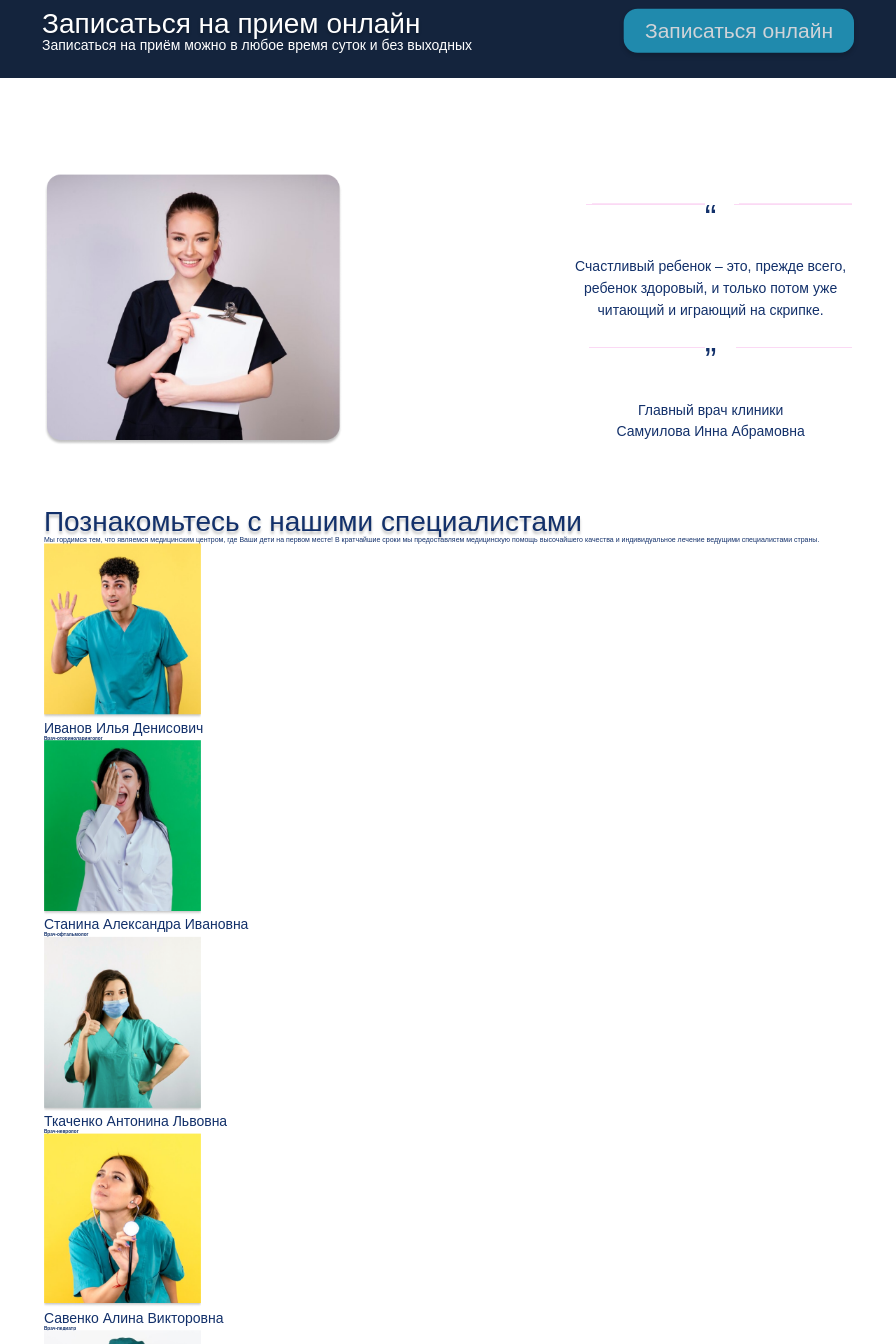
Repository: Normandy72/Landing-Page-Happy-Child
Page: index.html
The author's editor kept a copy of each file at every save. The page is drawn from the files as they stood at one save, then again after the next save.
The browser window is 1280 px wide. The pictures show the part of the page from y = 2688 to 4608 px (the page is 8064 px tall before and 8088 px after), at 70% of full size.
Some web fonts or font styles are not loaded; a fallback is used.

Above is the page before, as saved 2022-11-12 14:35:14.

### index.html
<!DOCTYPE html>
<html lang="en">
<head>
    <meta charset="UTF-8">
    <meta http-equiv="X-UA-Compatible" content="IE=edge">
    <meta name="viewport" content="width=device-width, initial-scale=1.0">
    <link href="https://fonts.googleapis.com/css2?family=Neucha&display=swap" rel="stylesheet">
    <link href="https://fonts.googleapis.com/css2?family=Coustard:wght@400;900&display=swap" rel="stylesheet">
    <link rel="icon" href="resources/icon/stethoscope.ico" sizes="16x16">
    <link rel="icon" href="resources/icon/stethoscope.ico" sizes="32x32">
    <link rel="icon" href="resources/icon/stethoscope.ico" sizes="64x64">
    <link rel="stylesheet" href="styles/main.css">
    <title>Happy Child</title>
</head>

<body>
    <header>
        <div class="wrapper layout-3-columns">
            <a href="#">
                <div class="header__logo"></div>
            </a>
            <nav class="header__navigation">
                <a class = "navigation__link" href="#">Главная</a>
                <a class = "navigation__link" href="#">Услуги</a>
                <a class = "navigation__link" href="#">Врачи</a>
                <a class = "navigation__link" href="#">Новости</a>
                <a class = "navigation__link" href="#">Запись на прием</a>
                <a class = "navigation__link" href="#">Контакты</a>
            </nav>
            <a href="tel: +375291030303">
                <div class="header__phone"></div>
            </a>
        </div>
    </header>

    <main>
        <section class="section__main">
            <div class="wrapper">
                <div class="main__text">
                    <div class="main__logo"></div>
                    <h1>Медицинский центр для детей</h1>
                    <h5>только актуальные рекомендации, основанные на доказательствах</h5>
                    <button class="button button_accented">Записаться на прием</button>
                </div>
            </div>
        </section>

        <section class="section__information wrapper">
            <div class="information__block block__phone">
                <div class="block__icon"></div>
                <h2>Контакты</h2>
                <h3>+375 29 103-03-03</h3>
                <h3>+375 17 103-03-03</h3>
            </div>
            <div class="information__block block__shedule">
                <div class="block__icon"></div>
                <h2>График работы</h2>
                <h3>Пн. - Пт. :    8:00 - 21:00</h3>
                <h3>Сб. - Вс. :    9:00 - 18:00</h3>
            </div>
        </section>

        <section class="section__services">
            <div class="wrapper">
                <h2 class="heading_dark">Наши услуги</h2>
                <div class="divider"></div>
                <div class="services__cards layout-3-columns">
                    <div class="services__card">
                        <img src="resources/img/services/pediatria.png" alt="pediatria">
                        <h4>Педиатрия</h4>
                    </div>

                    <div class="services__card">
                        <img src="resources/img/services/pulmo.png" alt="pulmo">
                        <h4>Пульмонология</h4>
                    </div>

                    <div class="services__card">
                        <img src="resources/img/services/cardio.png" alt="cardio">
                        <h4>Кардиология</h4>
                    </div>
                </div>

                <div class="services__cards layout-3-columns">
                    <div class="services__card">
                        <img src="resources/img/services/lor.png" alt="lor">
                        <h4>Оториноларингология</h4>
                    </div>

                    <div class="services__card">
                        <img src="resources/img/services/allergo.png" alt="allergo">
                        <h4>Аллергология</h4>
                    </div>

                    <div class="services__card">
                        <img src="resources/img/services/surgery.png" alt="surgery">
                        <h4>Хирургия</h4>
                    </div>
                </div>

                <div class="services__cards layout-3-columns">
                    <div class="services__card">
                        <img src="resources/img/services/neuro.png" alt="neuro">
                        <h4>Неврология</h4>
                    </div>

                    <div class="services__card">
                        <img src="resources/img/services/endocryn.png" alt="endocryn">
                        <h4>Эндокринология</h4>
                    </div>

                    <div class="services__card">
                        <img src="resources/img/services/ophtalm.png" alt="ophtalm">
                        <h4>Офтальмология</h4>
                    </div>
                </div>

                <div class="services__cards layout-3-columns">
                    <div class="services__card">
                        <img src="resources/img/services/vaccination.png" alt="vaccination">
                        <h4>Вакцинация</h4>
                    </div>

                    <div class="services__card">
                        <img src="resources/img/services/usd.png" alt="usd">
                        <h4>УЗ-диагностика</h4>
                    </div>

                    <div class="services__card">
                        <img src="resources/img/services/stayhome.png" alt="stayhome">
                        <h4>Вызов врача на дом</h4>
                    </div>
                </div>
            </div>
        </section>

        <section class="section__addition">
            <div class="wrapper addition__info layout-2-columns">
                <div class="addition__text">
                    <h2>Записаться на прием онлайн</h2>
                    <h5>Записаться на приём можно в любое время суток и без выходных</h5>
                </div>
                <button class="button button_standart">Записаться онлайн</button>
            </div>
        </section>

        <section class="wrapper section__chief layout-2-columns">
            <div class="chief__foto"></div>
            <div class="chief__text">
                <div class="text__lines">
                    <div class="lines__line"></div>
                    <p>“</p>
                    <div class="lines__line"></div>
                </div>
                <h5>Счастливый ребенок – это, прежде всего, ребенок здоровый, и только потом уже читающий
                и играющий на скрипке.</h5>
                <div class="text__lines">
                    <div class="lines__line"></div>
                    <p>”</p>
                    <div class="lines__line"></div>
                </div>
                <h5>Главный врач клиники</h5>
                <div class="chief__logo"></div>
                <h5>Самуилова Инна Абрамовна</h5>
            </div>
        </section>

        <section class="wrapper section__doctors">
            <h2 class="heading_dark">Познакомьтесь с нашими специалистами</h2>
            <p>Мы гордимся тем, что являемся медицинским центром, где Ваши дети на первом месте!
                В кратчайшие сроки мы предоставляем медицинскую помощь высочайшего качества и индивидуальное лечение ведущими специалистами страны. </p>
            <div class="doctors__arrays">
                <div></div>
                <div></div>
            </div>
            <div class="doctors__cards">
                <div class="doctors__card">
                    <img src="resources/img/doctors/ivanov1.png" alt="ivanov1">
                    <h5>Иванов Илья Денисович</h5>
                    <h6>Врач-оториноларинголог</h6>
                </div>

                <div class="doctors__card">
                    <img src="resources/img/doctors/stanina1.png" alt="stanina1">
                    <h5>Станина Александра Ивановна</h5>
                    <h6>Врач-офтальмолог</h6>
                </div>

                <div class="doctors__card">
                    <img src="resources/img/doctors/tkachenko1.png" alt="tkachenko1">
                    <h5>Ткаченко Антонина Львовна</h5>
                    <h6>Врач-невролог</h6>
                </div>

                <div class="doctors__card">
                    <img src="resources/img/doctors/savenko1.png" alt="savenko1">
                    <h5>Савенко Алина Викторовна</h5>
                    <h6>Врач-педиатр</h6>
                </div>

                <div class="doctors__card">
                    <img src="resources/img/doctors/krotov1.png" alt="krotov1">
                    <h5>Кротов Алексей Геннадьевич</h5>
                    <h6>Врач-хирург</h6>
                </div>

                <div class="doctors__card">
                    <img src="resources/img/doctors/karpovich1.png" alt="karpovich1">
                    <h5>Карпович Анна Игоревна</h5>
                    <h6>Врач-кардиолог</h6>
                </div>

                <div class="doctors__card">
                    <img src="resources/img/doctors/akulich1.png" alt="akulich1">
                    <h5>Акулич Олег Васильевич</h5>
                    <h6>Врач-эндокринолог</h6>
                </div>

                <div class="doctors__card">
                    <img src="resources/img/doctors/astapenko1.png" alt="astapenko1">
                    <h5>Астапенко Ирина Эдуардовна</h5>
                    <h6>Врач УЗ-диагностики</h6>
                </div>
            </div>
        </section>

        <section>
            <div class="section__lines">
                <div></div>
                <div></div>
                <div></div>
            </div>
            <div class="wrapper section__news">
                <h2 class="heading_dark">Новости</h2>
                <div class="news_card">
                    <img src="resources/img/news/news1.png" alt="news1">
                    <h4>25. 07. 2022   15 : 00</h4>
                    <h3>Всемирный день здоровья полости рта</h3>
                    <h5>Взрослея, организм ребенка испытывает множество изменений. В честь Всемирного дня здоровья полости рта наши стоматологи расскажут родителям и детям, как заботиться о зубах и деснах в разных возрастных периодах, какие средства использовать, чтобы смена молочных зубов прошла легко и безболезненно, и еще много-много полезного!</h5>
                    <a href="#">Подробнее...</a>
                </div>

                <div class="news_card">
                    <img src="resources/img/news/news2.png" alt="news1">
                    <h4>27. 07. 2022   13 : 30</h4>
                    <h3>Европейская неделя иммунизации</h3>
                    <h5>Знаете ли Вы, что иммунизация является единственным и надежным способом борьбы с эпидемиологическими заболеваниями, такими как корь, полиомиелит, эпидемический паротит и др.? В рамках Европейской недели иммунизации врач-педиатр Савенко Алина Викторовна познакомит Вас с текущим календарем профилактических прививок и ответит на все волнующие Вас вопросы! </h5>
                    <a href="#">Подробнее...</a>
                </div>

                <div class="news_card">
                    <img src="resources/img/news/news3.png" alt="news1">
                    <h4>28. 07. 2022    16 : 00</h4>
                    <h3>Международный день офтальмологии</h3>
                    <h5>Ухудшение зрения может лишить человека возможности заниматься любимым делом. Хорошо, что современная офтальмология обладает широкими возможностями для лечения многих заболеваний глаз.  Приходите к нам в Международный день офтальмологии и узнайте, что рекомендуют специалисты для профилактии заболеваний глаз.</h5>
                    <a href="#">Подробнее...</a>
                </div>
            </div>
        </section>

        <section class="section__addition">
            <div class="wrapper addition__info layout-2-columns">
                <div class="addition__text">
                    <h2>Подписаться на рассылку</h2>
                    <h5>Будьте в курсе новостей !</h5>
                </div>
                <form class="addition__form">
                    <input class = "addition__input" type="text" value="Email">
                    <button class="button button_standart">Подписаться</button>
                </form>
            </div>
        </section>

        <section class="wrapper section__callback">
            <div class="callback__form">
                <h2 class="heading_dark">Остались вопросы?</h2>
                <h5>Оставьте заявку, мы Вам перезвоним!</h5>
                <form action="">
                    <input class="callback__input" type="text" value="Ваше имя">
			        <input class="callback__input" type="tel" placeholder="Номер телефона" pattern="+375(29,17,33,44)[0-9]{3}-[0-9]{2}-[0-9]{2}" required>
			        <select class="callback__input" name="menu" size="1">
				        <option>Желаемая услуга</option>
				        <option value="ped">Педиатрия</option>
				        <option value="pulmo">Пульмонология</option>
				        <option value="cardio">Кардиология</option>
				        <option value="lor">Оториноларингология</option>
				        <option value="allergo">Аллергология</option>
				        <option value="surg">Хирургия</option>
				        <option value="neuro">Неврология</option>
				        <option value="endocryn">Эндокринология</option>
				        <option value="ophtalm">Офтальмология</option>
				        <option value="vaccin">Вакцинация</option>
				        <option value="usd">УЗ-диагностика</option>
				        <option value="stayhome">Вызов врача на дом</option>
			        </select>
			        <input class="callback__input" type="date" value="2022-01-01" min="2022-01-01" max="2022-12-31">
                    <label class="callback__checkbox">
                        <input type="checkbox">
                        Я даю согласие на хранение и обработку персональных данных
                    </label>
			        <button class="button button_standart">Оставить заявку</button>
                </form>
            </div>
            <div class="callback__photo"></div>
        </section>

        <section class="wrapper section__contacts">
            <h2 class="heading_dark">Ждем Вас в нашем центре !</h2>
            <div class="contacts__info">
                <h3>Контакты</h3>
                <h5>Мы находимся по адресу:</h5>
                <h4>г. Минск, ул. Матусевича, 70</h4>
                <h5>Связаться:</h5>
                <a href="tel: +375291030303">+375 29 103-03-03</a>
                <a href="tel: +375171030303">+375 17 103-03-03</a>
                <h5>Мы в соц. сетях:</h5>
                <div class="contacts__social">
                    <a href="#"></a>
                </div>
                <div class="contacts__social">
                    <a href="#"></a>
                </div>
                <div class="contacts__social">
                    <a href="#"></a>
                </div>
            </div>
            <div class="contacts__map">
                <iframe src="https://www.google.com/maps/embed?pb=!1m18!1m12!1m3!1d2349.7572817965843!2d27.4501670158107!3d53.91828888010291!2m3!1f0!2f0!3f0!3m2!1i1024!2i768!4f13.1!3m3!1m2!1s0x46dbc52f35b245d3%3A0x98f1d72de22c93c4!2z0YPQu9C40YbQsCDQnNCw0YLRg9GB0LXQstC40YfQsCA3MCwg0JzQuNC90YHQug!5e0!3m2!1sru!2sby!4v1659879735812!5m2!1sru!2sby" width="50%" height="562px" style="border:0;" allowfullscreen="" loading="lazy" referrerpolicy="no-referrer-when-downgrade"></iframe>
            </div>
        </section>
    </main>

    <footer>
        <div class="wrapper">
            <h5>ООО “HappyChild” © 2022</h5>
            <a href="#">Политика конфиденциальности</a>
        </div>
    </footer>
</body>
</html>

### styles/main.css
@import url(base.css);
@import url(buttons.css);
@import url(footer.css);
@import url(form.css);
@import url(header.css);
@import url(headings.css);
@import url(layouts.css);
@import url(links.css);
@import url(section_addition.css);
@import url(section_chief.css);
@import url(section_information.css);
@import url(section_main.css);
@import url(section_services.css);
@import url(variables.css);

### styles/base.css
*{
    margin: 0;
    padding: 0;
    box-sizing: border-box;
}

html{
    scroll-behavior: smooth;
}

body{
    font-family: var(--main-font);
    font-size: 10px;
    color: var(--text-dark-color);
}

.wrapper{
    max-width: 1180px;
    min-width: 480px;
    padding: 0 1%;
    margin: auto;
}

.divider{
    width: 100%;
}

### styles/buttons.css
.button{
    border-radius: 20px;
    border: none;
    filter: drop-shadow(0px 4px 4px rgba(0, 0, 0, 0.25));
    padding: 15px 30px;
    opacity: 0.8;

    font-family: var(--main-font);
    font-style: normal;
    font-weight: 400;
    font-size: var(--buttons-font-size);
    line-height: 33px;
    display: flex;
    align-items: center;
    text-align: center;
    color: var(--buttons-text-color);
}

.button_accented{
    background-color: var(--accented-button-color);
}

.button_standart{
    background-color: var(--standart-button-color);
}

.button:hover{
    cursor: pointer;
    opacity: 1;
}

### styles/header.css
header{
    width: 100%;
    background-color: var(--header-color);
    box-shadow: var(--shadow);
    position: fixed;
    top: 0;
    z-index: 2;
}

header .wrapper{
    padding-top: 30px;
    padding-bottom: 20px;
}

.header__logo{
    background-image: url(../resources/icon/HappyChild_small.svg);
    background-repeat: no-repeat;
    width: 136px;
    height: 31px;
}

.header__logo:hover{
    transform: scale(1.2);
    transition-duration: 0.5s;
}

.header__navigation{
    display: flex;
    align-items: center;
    justify-content: space-between;
}

.navigation__link{
    padding-right: 25px;
}

.header__phone{
    background-image: url(../resources/icon/phone.svg);
    background-repeat: no-repeat;
    width: 32px;
    height: 32px;
}

.header__phone:hover{
    transform: scale(1.2);
    transition-duration: 0.5s;
}

### styles/headings.css
h1{
    font-size: var(--h1-font-size);
    font-style: normal;
    font-weight: 400;
    line-height: 50px;
}

h2{
    font-size: var(--h2-font-size);
    font-style: normal;
    font-weight: 400;
    line-height: 42px;
    text-shadow: var(--shadow);
}

h3{
    font-size: var(--h3-font-size);
    font-style: normal;
    font-weight: 400;
    line-height: 37px;
}

h4{
    font-size: var(--h4-font-size);
    font-style: normal;
    font-weight: 400;
    line-height: 32px;
}

h5{
    font-size: var(--h5-font-size);
    font-style: normal;
    font-weight: 400;
    line-height: 22px;
}

h6{

}

### styles/layouts.css
.layout-3-columns{
    display: flex;
    align-items: center;
    justify-content: space-between;
    flex-wrap: wrap;
    flex-basis: 33%;
}

.layout-2-columns{
    display: flex;
    align-items: center;
    justify-content: space-between;
    flex-wrap: wrap;
    flex-basis: 45%;
}

### styles/links.css
a{
    text-decoration: none;
    color: var(--links-color);
    text-shadow: var(--shadow);
    font-size: var(--links-font-size);
}

a:hover{
    cursor: pointer;
    color: var(--links-hover-color);
    transition: var(--transition);
}

### styles/section_addition.css
.section__addition{
    color: var(--text-ligth-color);
    background-color: var(--added-blocks-color);
}

.addition__info{
    padding: 36px 10px;
}

### styles/section_chief.css
.section__chief{
    padding-top: 138px;
    padding-bottom: 88px;
}

.chief__foto{
    background-image: url(../resources/img/doctors/chief1.png);
    background-repeat: no-repeat;
    background-size: cover;
    width: 426px;
    height: 386px;
}

.chief__text{
    width: 35%;
    display: flex;
    flex-direction: column;
    justify-content: space-between;
}

.chief__text h5{
    text-align: center;
    line-height: 155.88%;
}

.text__lines{
    padding-bottom: 30px;
    padding-top: 30px;
    display: flex;
    justify-content: space-evenly;
}

.text__lines p{
    font-family: var(--second-font);
    font-style: normal;
    font-weight: 400;
    font-size: 50px;
    line-height: 52px;
}

.lines__line{
    background-image: url(../resources/img/line.svg);
    width: 219px;
    height: 2px;
    margin-top: 7px;
}

### styles/section_information.css
.section__information{
    margin-top: -15px;
    display: flex;
    justify-content: center;
    color: var(--text-ligth-color);
    margin-bottom: 150px;
}

.information__block{
    width: 40%;
    background-color: var(--added-blocks-color);
    padding: 35px 60px 35px 100px;
}

.information__block h2{
    margin: -55px 0 40px 80px;
}

.block__phone{
    border-radius: 30px 30px 0 30px;
    margin-right: 10px;
}

.block__shedule{
    border-radius: 30px 30px 30px 0;
    margin-left: 10px;
}

.block__icon{
    background-size: contain;
    background-repeat: no-repeat;
}

.block__phone .block__icon{
    width: 63px;
    height: 63px;
    background-image: url(../resources/icon/phone.svg);
}

.block__shedule .block__icon{
    width: 70px;
    height: 70px;
    background-image: url(../resources/icon/watch.svg);
}

### styles/section_main.css
.section__main{
    width: 100%;
    height: 750px;
    background-image: url(../resources/img/girl.jpg);
    background-size: cover;
    background-repeat: no-repeat;
}

.main__text{
    padding-top: 165px;
    width: 540px;
    display: flex;
    flex-direction: column;
    align-items: center;
}

.main__logo{
    background-image: url(../resources/icon/HappyChild_big.png);
    background-repeat: no-repeat;
    width: 388px;
    height: 99px;
    margin-bottom: 5px;
}

.main__text h1{
    padding-bottom: 15px;
    text-shadow: var(--shadow);
}

.main__text h5{
    padding-bottom: 65px;
    text-shadow: var(--shadow);
}

### styles/section_services.css
.section__services .layout-3-columns{
    justify-content: space-evenly;
}

.section__services h2{
    display: block;
    margin: -60px 0 40px 42%;
}

.services__cards{
    background-image: url(../resources/img/line.svg);
    background-position: center;
    background-repeat: no-repeat;
    margin-bottom: 68px;
}

.services__card{
    background-color: var(--cards-color);
    border-radius: 20px;
    box-shadow: var(--shadow);
    margin-top: -10px;
}

.services__card img{
    border-radius: 20px 20px 0 0;
}

.services__card h4{
    padding: 15px 23px;
}

.services__card:hover{
    transform: scale(1.1);
    transition-duration: 0.5s;
    cursor: pointer;
}

### styles/variables.css
:root{
    /* fonts */
    --main-font: 'Neucha', Arial, cursive;
    --second-font:'Coustard', Arial;

    /* font sizes */
    --h1-font-size: 45px;
    --h2-font-size: 40px;
    --h3-font-size: 35px;
    --h4-font-size: 30px;
    --h5-font-size: 20px;
    --links-font-size: 25px;
    --buttons-font-size: 30px;

    /* colors */
    --header-color: rgba(35, 164, 201, 0.9);
    --links-color:  #FFFFFF;
    --links-hover-color: #12306A;
    --text-dark-color:#12306A;
    --text-ligth-color:#FFFFFF;
    --buttons-text-color: #FFFFFF;
    --accented-button-color: hsl(313, 94%, 45%);
    --standart-button-color:rgba(35, 164, 201);
    --added-blocks-color: #14243D;
    --cards-color: white;

    /* transition */
    --transition: all .3s ease-out;

    /* Other */
    --shadow: 0px 4px 4px rgba(0, 0, 0, 0.25);
}

Loaded but not shown: styles/footer.css (no copy from this time; the picture is the same without it); styles/form.css (no copy from this time; the picture is the same without it)

After the next save:
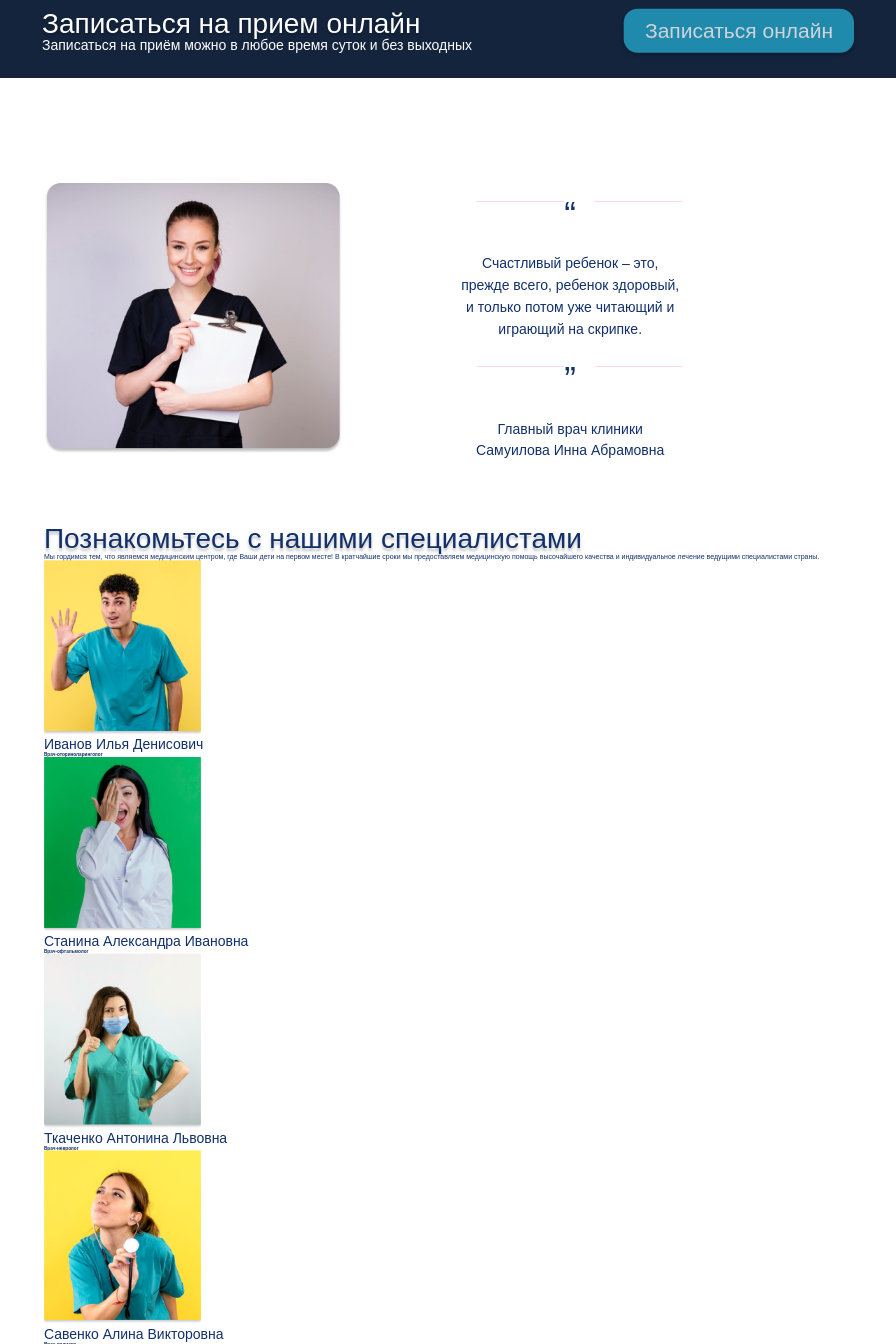
Saved 33 s later.
--- a/styles/section_chief.css
+++ b/styles/section_chief.css
@@ -1,6 +1,7 @@
 .section__chief{
     padding-top: 138px;
     padding-bottom: 88px;
+    padding-right: 20%;
 }
 
 .chief__foto{
